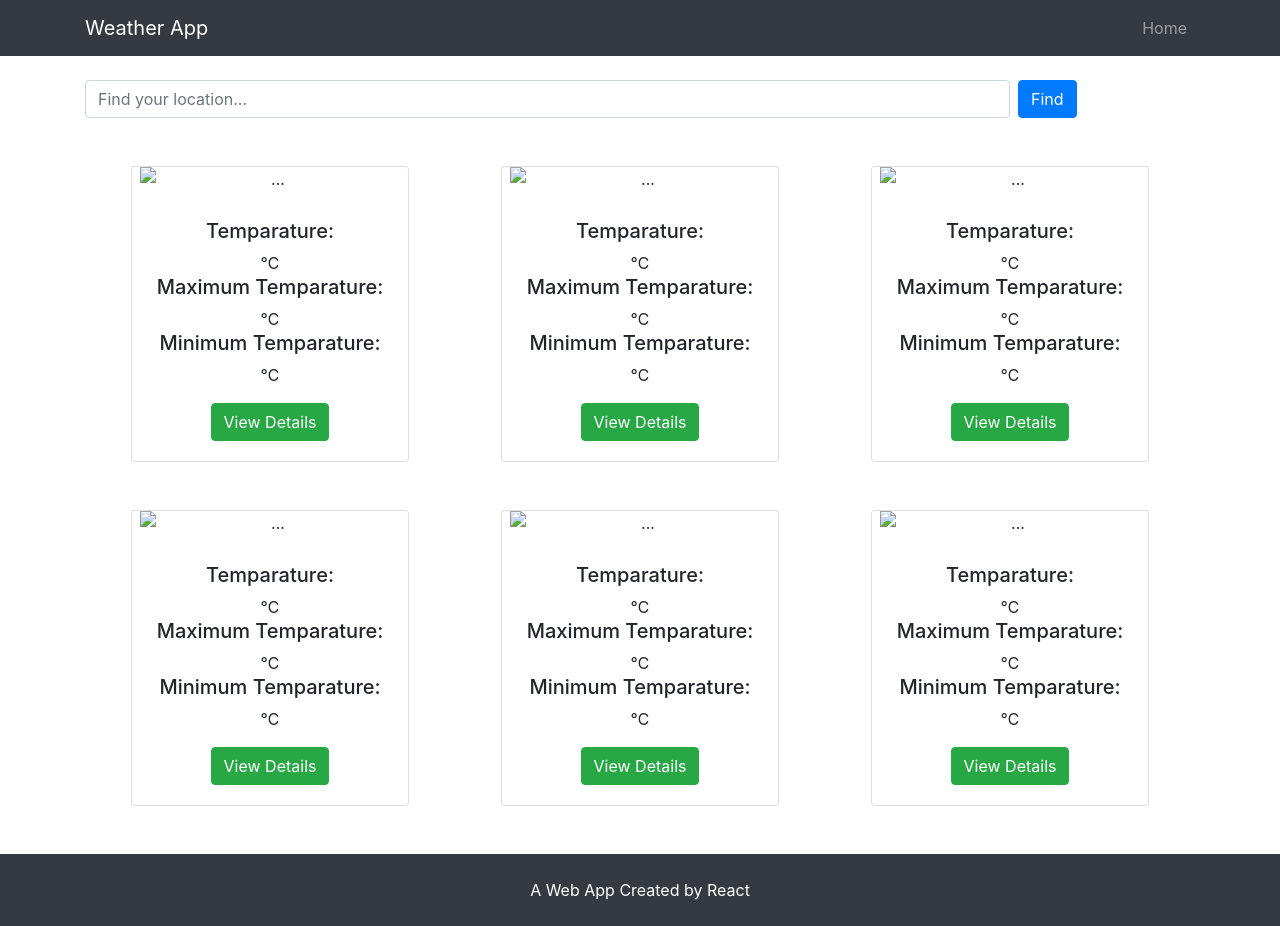
Repository: smk87/weather-app-react
Page: /
An editor plug-in stored every save of this project. The page is shown before and after the next save, followed by the edit.
The browser window is 1280 px wide. The pictures show the whole page.
The page's requests for data from a server got no answer. Some web libraries are served in a nearby version. The project was rebuilt for these pictures with package versions that can differ from the ones it lists, and the page was loaded fresh each time. A package was used in the major version that the imports need, not the one package.json lists. No one was signed in, and anything a server would have sent is missing. Also part of the build but not shown: src/components/ConsolidatedWeather.js, src/components/DetailedWeather.js, src/components/SearchResult.js.

Above is the page before, as saved 2019-02-07 01:23:21.

### public/index.html
<!DOCTYPE html>
<html lang="en">
  <head>
    <meta charset="utf-8" />
    <link rel="shortcut icon" href="%PUBLIC_URL%/favicon.ico" />
    <meta
      name="viewport"
      content="width=device-width, initial-scale=1, shrink-to-fit=no"
    />
    <meta name="theme-color" content="#000000" />
    <!--
      manifest.json provides metadata used when your web app is added to the
      homescreen on Android. See https://developers.google.com/web/fundamentals/web-app-manifest/
    -->
    <link rel="manifest" href="%PUBLIC_URL%/manifest.json" />
    <link
      rel="stylesheet"
      href="https://stackpath.bootstrapcdn.com/bootstrap/4.2.1/css/bootstrap.min.css"
      integrity="sha384-GJzZqFGwb1QTTN6wy59ffF1BuGJpLSa9DkKMp0DgiMDm4iYMj70gZWKYbI706tWS"
      crossorigin="anonymous"
    />
    <script
      defer
      src="https://use.fontawesome.com/releases/v5.6.3/js/all.js"
      integrity="sha384-EIHISlAOj4zgYieurP0SdoiBYfGJKkgWedPHH4jCzpCXLmzVsw1ouK59MuUtP4a1"
      crossorigin="anonymous"
    ></script>
    <!--
      Notice the use of %PUBLIC_URL% in the tags above.
      It will be replaced with the URL of the `public` folder during the build.
      Only files inside the `public` folder can be referenced from the HTML.

      Unlike "/favicon.ico" or "favicon.ico", "%PUBLIC_URL%/favicon.ico" will
      work correctly both with client-side routing and a non-root public URL.
      Learn how to configure a non-root public URL by running `npm run build`.
    -->
    <title>Weather App</title>
  </head>
  <body>
    <noscript>You need to enable JavaScript to run this app.</noscript>
    <div id="root"></div>
    <!--
      This HTML file is a template.
      If you open it directly in the browser, you will see an empty page.

      You can add webfonts, meta tags, or analytics to this file.
      The build step will place the bundled scripts into the <body> tag.

      To begin the development, run `npm start` or `yarn start`.
      To create a production bundle, use `npm run build` or `yarn build`.
    -->

    <script
      src="https://code.jquery.com/jquery-3.3.1.slim.min.js"
      integrity="sha384-q8i/X+965DzO0rT7abK41JStQIAqVgRVzpbzo5smXKp4YfRvH+8abtTE1Pi6jizo"
      crossorigin="anonymous"
    ></script>
    <script
      src="https://cdnjs.cloudflare.com/ajax/libs/popper.js/1.14.6/umd/popper.min.js"
      integrity="sha384-wHAiFfRlMFy6i5SRaxvfOCifBUQy1xHdJ/yoi7FRNXMRBu5WHdZYu1hA6ZOblgut"
      crossorigin="anonymous"
    ></script>
    <script
      src="https://stackpath.bootstrapcdn.com/bootstrap/4.2.1/js/bootstrap.min.js"
      integrity="sha384-B0UglyR+jN6CkvvICOB2joaf5I4l3gm9GU6Hc1og6Ls7i6U/mkkaduKaBhlAXv9k"
      crossorigin="anonymous"
    ></script>
  </body>
</html>

### src/App.js
import React, { Component } from "react";
import { BrowserRouter as Router, Route, Switch } from "react-router-dom";
import logo from "./logo.svg";
import "./App.css";

//Import All Components
import NavBar from "./components/NavBar";
import Footer from "./components/Footer";
import Home from "./components/Home";
import DetailedWeather from "./components/DetailedWeather";
import SearchResult from "./components/SearchResult";

class App extends Component {
  render() {
    return (
      <Router>
        <div className="App">
          <NavBar />
          <Route exact path="/" component={Home} />
          <Route exact path="/search/:keyword" component={SearchResult} />
          <Route exact path="/weather/:woeid" component={DetailedWeather} />
          <Footer />
        </div>
      </Router>
    );
  }
}

export default App;

### src/components/NavBar.js
import React, { Component } from "react";
import { Link } from "react-router-dom";

export default class NavBar extends Component {
  render() {
    return (
      <div>
        <nav className="navbar navbar-expand-sm navbar-dark bg-dark mb-4">
          <div className="container">
            <Link className="navbar-brand" to="/">
              Weather App
            </Link>
            <button
              className="navbar-toggler"
              type="button"
              data-toggle="collapse"
              data-target="#mobile-nav"
            >
              <span className="navbar-toggler-icon" />
            </button>

            <div className="collapse navbar-collapse" id="mobile-nav">
              <ul className="navbar-nav mr-auto" />
              <ul className="navbar-nav ml-auto">
                <li className="nav-item">
                  <Link className="nav-link" to="/">
                    Home
                  </Link>
                </li>
              </ul>
            </div>
          </div>
        </nav>
      </div>
    );
  }
}

### src/components/Footer.js
import React from "react";

export default function Footer() {
  return (
    <footer className="bg-dark text-white mt-5 p-4 text-center">
      A Web App Created by React
    </footer>
  );
}

### src/components/Home.js
import React, { Component } from "react";
import { Link } from "react-router-dom";
import Weather from "./Weather";

export default class Home extends Component {
  constructor() {
    super();

    this.state = {
      search: ""
    };
  }
  onChange = e => {
    this.setState({
      [e.target.name]: e.target.value
    });
  };

  render() {
    const newTo = {
      pathname: `/search/${this.state.search}`
    };
    return (
      <div>
        <div className="container">
          <form className="form-inline">
            <input
              type="text"
              name="search"
              className="form-control col-md-10"
              placeholder="Find your location..."
              value={this.state.search}
              onChange={this.onChange}
            />

            <Link to={newTo}>
              <input
                type="submit"
                className="ml-2 btn btn-primary"
                value="Find"
              />
            </Link>
          </form>

          <form className="form-inline">
            <Weather id="2344116" />
            <Weather id="638242" />
            <Weather id="44418" />
          </form>
          <form className="form-inline">
            <Weather id="565346" />
            <Weather id="560743" />
            <Weather id="9807" />
          </form>
        </div>
      </div>
    );
  }
}

### src/components/Weather.js
import React, { Component } from "react";
import axios from "axios";
import { Link } from "react-router-dom";

export default class Weather extends Component {
  constructor() {
    super();

    this.state = {
      cityname: "",
      id: "",
      temp: "",
      maxtemp: "",
      mintemp: "",
      logo: ""
    };
  }

  componentWillMount() {
    this.setState({ id: this.props.id });

    const url = `/weather/weather.php?command=location&woeid=${this.props.id}`;
    // console.log(url);
    axios
      .get(url) //Used proxy to connect with local wamp server
      .then(res => {
        // console.log(res.data);

        switch (res.data.consolidated_weather[0].weather_state_name) {
          case "Snow":
            this.setState({
              logo: "https://www.metaweather.com/static/img/weather/sn.svg"
            });
            break;
          case "Sleet":
            this.setState({
              logo: "https://www.metaweather.com/static/img/weather/sl.svg"
            });
            break;
          case "Hail":
            this.setState({
              logo: "https://www.metaweather.com/static/img/weather/h.svg"
            });
            break;
          case "Thunderstorm":
            this.setState({
              logo: "https://www.metaweather.com/static/img/weather/t.svg"
            });
            break;
          case "Heavy Rain":
            this.setState({
              logo: "https://www.metaweather.com/static/img/weather/hr.svg"
            });
            break;
          case "Light Rain":
            this.setState({
              logo: `https://www.metaweather.com/static/img/weather/lr.svg`
            });
            break;
          case "Showers":
            this.setState({
              logo: "https://www.metaweather.com/static/img/weather/s.svg"
            });
            break;
          case "Heavy Cloud":
            this.setState({
              logo: "https://www.metaweather.com/static/img/weather/hc.svg"
            });
            break;
          case "Light Cloud":
            this.setState({
              logo: "https://www.metaweather.com/static/img/weather/lc.svg"
            });
            break;
          case "Clear":
            this.setState({
              logo: "https://www.metaweather.com/static/img/weather/c.svg"
            });
            break;
        }
        this.setState({
          cityname: res.data.title,
          temp: res.data.consolidated_weather[0].the_temp.toPrecision(3),
          maxtemp: res.data.consolidated_weather[0].max_temp.toPrecision(3),
          mintemp: res.data.consolidated_weather[0].min_temp.toPrecision(3)
        });
      })
      .catch(err => console.log(err));
  }

  render() {
    const newTo = {
      pathname: `/weather/${this.state.id}`
    };
    return (
      <div className=" mt-5 mx-auto h-50 w-25 card">
        <img
          src={this.state.logo}
          className="card-img-top pl-2 pr-2"
          alt="..."
        />
        <div className="card-body">
          <div className="card-text">
            <h2>{this.state.cityname}</h2>
          </div>
          <div className="card-text">
            <h5>Temparature: </h5> {this.state.temp}
            <span>&#8451;</span>
          </div>
          <div className="card-text">
            {" "}
            <h5>Maximum Temparature: </h5> {this.state.maxtemp}
            <span>&#8451;</span>
          </div>
          <div className="card-text">
            {" "}
            <h5>Minimum Temparature: </h5>
            {this.state.mintemp}
            <span>&#8451;</span>
          </div>
          <p />
          <Link to={newTo}>
            <button type="button" className="btn btn-success">
              View Details
            </button>
          </Link>
        </div>
      </div>
    );
  }
}

Loaded but not shown: src/index.js (common file); src/index.css (common file); src/serviceWorker.js (common file); src/App.css (common file)

After the next save:
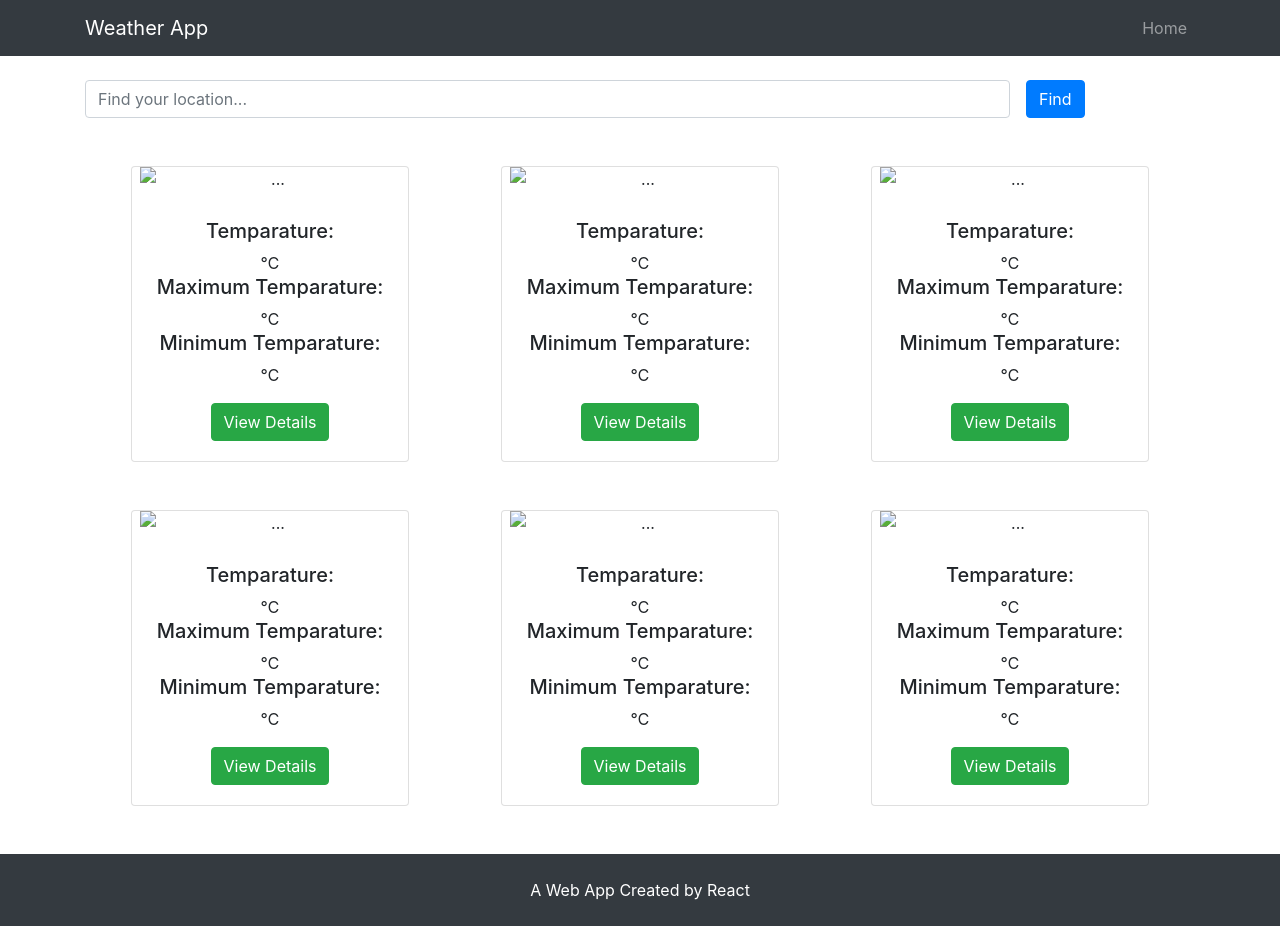
Saved 24 s later.
--- a/src/components/Home.js
+++ b/src/components/Home.js
@@ -36,7 +36,7 @@ export default class Home extends Component {
             <Link to={newTo}>
               <input
                 type="submit"
-                className="ml-2 btn btn-primary"
+                className="ml-3 btn btn-primary"
                 value="Find"
               />
             </Link>
